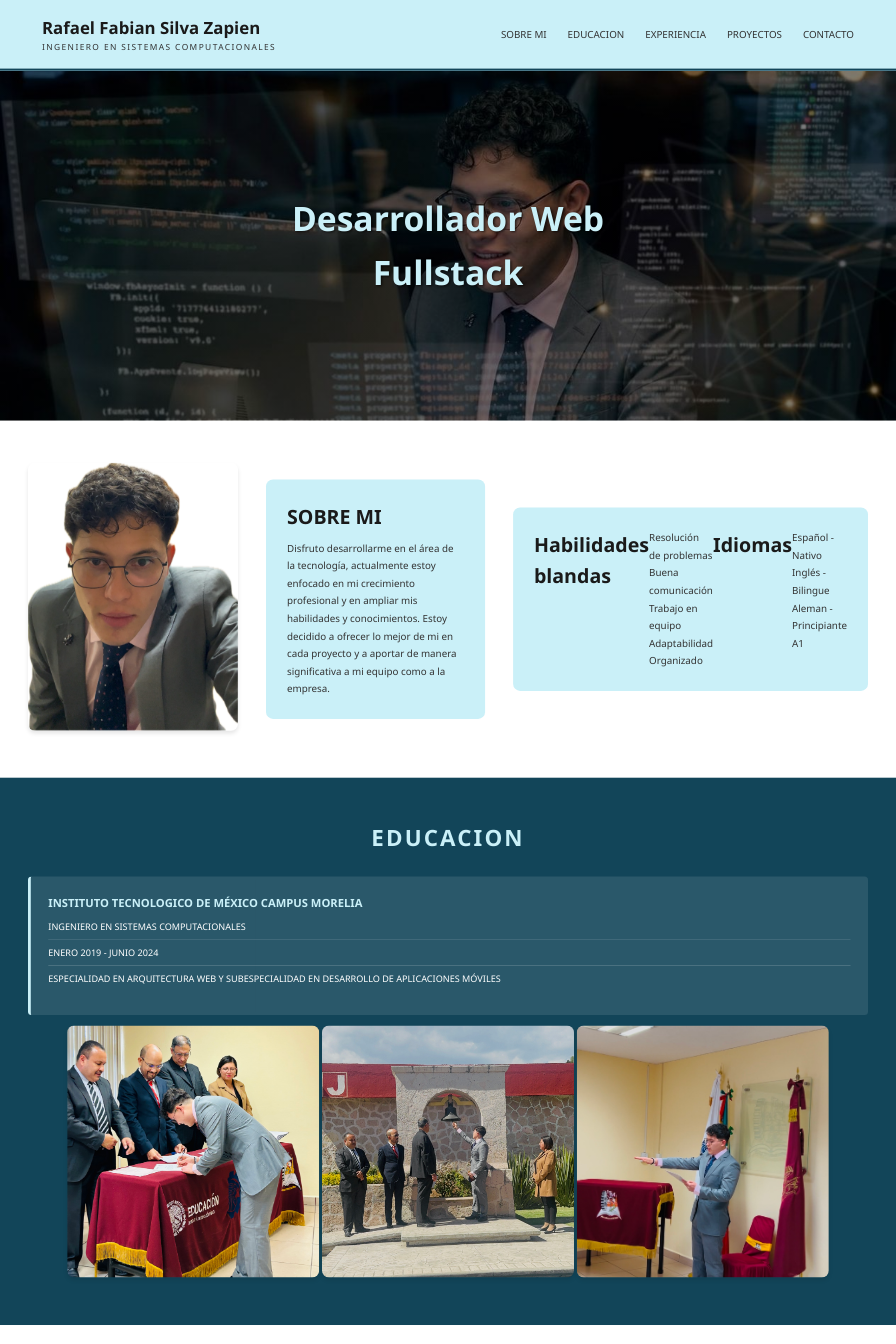
Repository: rafaelsilva2k/mi-portafolio
Page: index.html
An editor plug-in stored every save of this project. The page is shown before and after a run of saves, followed by the edit.
The browser window is 1280 px wide. The pictures show the part of the page from y = 0 to 1920 px (the page is 3313 px tall), at 70% of full size.

Above is the page before, as saved 2026-04-17 13:24:48.

### index.html
<!DOCTYPE html>
<html lang="en">
<head>
    <meta charset="UTF-8">
    <meta name="viewport" content="width=device-width, initial-scale=1.0">
    <title>Rafael Fabian Silva Zapien</title>
    <link rel="stylesheet" href="styles.css">
</head>
<body>
    <!-- HEADER: Nombre, Profesión y Menú de Navegación -->
    <header class="header">
        <div class="header-content">
            <div class="logo-section">
                <h1>Rafael Fabian Silva Zapien</h1>
                <p class="profession">INGENIERO EN SISTEMAS COMPUTACIONALES</p>
            </div>

            <nav class="navbar">
                <ul>
                    <li><a href="#sobre-mi">SOBRE MI</a></li>
                    <li><a href="#educacion">EDUCACION</a></li>
                    <li><a href="#experiencia">EXPERIENCIA</a></li>
                    <li><a href="#proyectos">PROYECTOS</a></li>
                    <li><a href="#contacto">CONTACTO</a></li>
                </ul>
            </nav>
        </div>
    </header>

    <!-- HERO SECTION: Imagen grande con texto "Desarrollador Web Fullstack" -->
     <section class="hero">
        <div class="hero-content">
            <h2>Desarrollador Web<br>Fullstack</h2>
        </div>
     </section>

     <!-- SECCIÓN SOBRE MÍ: Foto + Descripción -->
      <section id="sobre-mi" class="sobre-mi">
        <div class="sobre-mi-container">
            <div class="sobre-mi-foto">
                <img src="images/me.png" alt="Rafael Silva">
            </div>
            <div class="sobre-mi-texto">
                <h2>SOBRE MI</h2>
                <p>Disfruto desarrollarme en el área de la tecnología, actualmente estoy enfocado en mi crecimiento profesional y en ampliar mis habilidades y conocimientos. Estoy decidido a ofrecer lo mejor de mi en cada proyecto y a aportar de manera significativa a mi equipo como a la empresa.</p>
            </div>
            <div class="sobre-mi-texto">
                <div class="sobre-mi-habilidades">
                    <h2>Habilidades blandas</h2>
                    <p> Resolución de problemas <br> Buena comunicación <br> Trabajo en equipo  <br> Adaptabilidad <br> Organizado</p>
                <div>
                <div class="sobre-mi-habilidades">
                    <h2>Idiomas</h2>
                    <p>Español - Nativo <br> Inglés - Bilingue <br> Aleman - Principiante A1</p>
                </div>
            </div>
        </div>
      </section>

      <!--Seccion de Educacion-->
      <section id="educacion" class="educacion">
        <h2>EDUCACION</h2>
        <div class="educacion-content">
            <div class="educacion-item">
                <h4>INSTITUTO TECNOLOGICO DE MÉXICO CAMPUS MORELIA</h4>
                <p>INGENIERO EN SISTEMAS COMPUTACIONALES</p>
                <p>ENERO 2019 - JUNIO 2024</p>
                <p>ESPECIALIDAD EN ARQUITECTURA WEB Y SUBESPECIALIDAD EN DESARROLLO DE APLICACIONES MÓVILES</p>
            </div>
            <div class="education-item">
                <div class="education-photos">
                    <img src="images/FirmaTitulacion.jpeg">
                    <img src="images/campanaTitulacion.jpeg">
                    <img src="images/titulacion.jpeg">
                </div>
            </div>
        </div>
      </section>

      <section id="experiencia" class="experiencia">
        <h2>EXPERIENCIA PROFESIONAL</h2>
            <div class="experiencia-content">
                <div class="experiencia-item">
                    <h3>HARMAN a Samsung Company</h3>
                    <p>Residencias Profesionales HARMAN, Samsung Company Enero - Junio 2024 </p><br>
                    <h5>PROYECTO DE SALIDAS MISCELÁNEAS</h5>
                    <p></p>Se trabajo en el desarrolló de una página web que permitió a la empresa
                    controlar y gestionar los productos salientes. Además, se coordinó el flujo de
                    aprobación entre diversas áreas como comercio exterior, logística y seguridad. <br> <br>
                    <h5>PROYECTO COSTO DE BIENES VENDIDOS (COGS)</h5>
                    Se trabajo en la automatización el cálculo de COGS e implementó un módulo
                    que agiliza la obtención de datos para el reporte de COGS, logrando un análisis
                    más detallado y una representación gráfica eficaz de la información.</p>
                </div>
                <div class="experiencia-item">
                    <h3>FIRA - Fideicomisos Instituidos en Relación con la Agricultura</h3>
                    <p>Desarrollador Fullstack en FIRA, Morelia Julio 2024 - Actualidad <br> <br>
                    • Migración, mejora y mantenimiento de múltiples aplicaciones institucionales,
                    entre ellas: Mesa de Servicios, Reservación de Salas, Seguimientos SIPOT,
                    Solicitudes INAI, Ingresos Retenciones, SIPOT, entre otras.
                    Aplicaciones desarrolladas en CodeIgniter (PHP), JavaScript, HTML y CSS,
                    en las cuales realicé correcciones críticas, optimizaciones de rendimiento y
                    mejoras funcionales.
                    Implementación de consumo de APIs internas de FIRA (Capital Humano)
                    cuando fue requerido.
                    Sustitución de vistas de Capital Humano en base de datos por procesos
                    internos más eficientes.
                    Todas las aplicaciones intervenidas fueron migradas a SQL Server 2019. <br>
                    • Desarrollo de un módulo completo dentro de la aplicación Reservación de
                    Salas para la gestión y reservación de cargadores eléctricos para vehículos del
                    personal interno.<br>
                    • Colaboración en la aplicación Siniestralidad, desarrollada originalmente en
                    ASP, la cual fue migrada a SQL Server 2019 y sometida a una limpieza y
                    depuración general. Posteriormente se detectaron fallas en el funcionamiento y
                    realicé los ajustes necesarios para su correcta operación.<br>
                    • Participación en la migración de la aplicación Firma Electrónica, actualizando
                    la plataforma de Java 1.4 a Java 17, así como la migración de Tomcat y todos
                    los cambios estructurales requeridos para garantizar compatibilidad y
                    estabilidad.<br>
                    • Elaboración de documentación técnica detallada para todos los proyectos,
                    facilitando futuras tareas de mantenimiento, soporte y transferencia de
                    conocimiento dentro del equipo. Apoyo adicional en la preparación de
                    documentación para describir cambio</p>
                </div>
            </div>
      </section>

      <!--Seccion de proyectos-->
      <section id="proyectos" class="proyectos">
        <h2>PROYECTOS</h2>
        <div class="proyectos-content">
            <div class="proyectos-item">
                <h4>Primer proyecto</h4>
                <img src="" alt="Proyecto-1-name">
            </div>
            <div class="proyectos-item">
                <h4> Segundo proyecto</h4>
                <img src="" alt="Proyecto-2-name">
            </div>
            <div class="proyectos-item">
                <h4>Tercer proyecto</h4>
                <img src="" alt="proyecto-3-name">
            </div>
        </div>
      </section>

      <section id="contacto" class="contacto">
        <h2>Contacto</h2>
        <div class="contacto-content">
            <p>Email: rafaelsilva2k256@gmail.com</p>
            <p>LinkedIn: <a href="www.linkedin.com/in/rafael-fabian-silva-zapien-a124ba247">Perfil de Linkedin</a></p>
            <p>GitHub: <a href="#">Tu GitHub</a></p>
        </div>
      </section>

      <!--footer-->
      <footer class="footer">
        <p>&copy; 2024 Rafael Fabian Silva Zapien. Todos los derechos reservados.</p>
      </footer>

      <script src="script.js"></script>
</body>
</html>

### styles.css
/* ============================================
   RESET Y VARIABLES GLOBALES
   ============================================ */

* {
    margin: 0;
    padding: 0;
    box-sizing: border-box;
}

:root {
    --color-primary: #caf0f8;      /* Amarillo */
    --color-secondary: #124559;    /* Dorado/Marrón */
    --color-dark: #1a1a1a;         /* Negro */
    --color-text: #333333;         /* Texto gris oscuro */
    --color-white: #ffffff;        /* Blanco */
}

body {
    font-family: 'Segoe UI', Tahoma, Geneva, Verdana, sans-serif;
    color: var(--color-text);
    line-height: 1.6;
}

/* ============================================
   HEADER - Menú y nombre
   ============================================ */

.header {
    background-color: var(--color-primary);
    padding: 20px 0;
    border-bottom: 3px solid var(--color-secondary);
    position: sticky;
    top: 0;
    z-index: 100;
}

.header-content {
    max-width: 1200px;
    margin: 0 auto;
    padding: 0 20px;

    /* FLEXBOX: Alinea nombre a la izquierda y menú a la derecha */
    display: flex;
    justify-content: space-between;
    align-items: center;
}

.logo-section h1 {
    font-size: 24px;
    font-weight: bold;
    color: var(--color-dark);
}

.profession {
    font-size: 12px;
    color: var(--color-text);
    letter-spacing: 2px;
}

/* NAVEGACIÓN - Menú horizontal */
.navbar ul {
    list-style: none;

    /* FLEXBOX: Alinea los items del menú horizontalmente */
    display: flex;
    gap: 30px;
}

.navbar a {
    text-decoration: none;
    color: var(--color-text);
    font-size: 14px;
    font-weight: 500;
    transition: color 0.3s ease;
}

.navbar a:hover {
    color: var(--color-secondary);
}

/* ============================================
   HERO SECTION - Imagen grande
   ============================================ */

.hero {
    background: linear-gradient(rgba(0, 0, 0, 0.5), rgba(0, 0, 0, 0.5)),
                url('images/iaGeneratedMe.jpeg');
    background-size: cover;
    background-position: center;
    height: 500px;

    /* FLEXBOX: Centra el texto en el hero */
    display: flex;
    align-items: center;
    justify-content: center;
    text-align: center;
}

.hero-content h2 {
    font-size: 48px;
    color: var(--color-primary);
    font-weight: bold;
    text-shadow: 2px 2px 4px rgba(0, 0, 0, 0.7);
}

/* ============================================
   SECCIÓN SOBRE MÍ
   ============================================ */

.sobre-mi {
    padding: 60px 20px;
    background-color: var(--color-white);
}

.sobre-mi-container {
    max-width: 1200px;
    margin: 0 auto;

    /* FLEXBOX: Alinea foto a la izquierda y texto a la derecha */
    display: flex;
    gap: 40px;
    align-items: center;
}

.sobre-mi-foto {
    flex: 0 0 300px;  /* Ancho fijo de 300px */
}

.sobre-mi-foto img {
    width: 100%;
    border-radius: 10px;
    box-shadow: 0 4px 6px rgba(0, 0, 0, 0.1);
}

.sobre-mi-texto {
    flex: 1;  /* Ocupa el espacio restante */
    background-color: var(--color-primary);
    padding: 30px;
    border-radius: 10px;
}

.sobre-mi-texto h2 {
    font-size: 28px;
    margin-bottom: 10px;
    color: var(--color-dark);
}

.sobre-mi-texto h3 {
    font-size: 14px;
    letter-spacing: 2px;
    margin-bottom: 20px;
    color: var(--color-secondary);
}

.sobre-mi-texto p {
    font-size: 14px;
    line-height: 1.8;
    color: var(--color-text);
}

.sobre-mi-habilidades {
    display: flex;
}

/* ============================================
   SECCIÓN EDUCACIÓN
   ============================================ */

.educacion {
    padding: 60px 20px;
    background-color: var(--color-secondary);
    color: var(--color-white);
}

.educacion h2 {
    font-size: 32px;
    margin-bottom: 30px;
    text-align: center;
    color: var(--color-primary);
    letter-spacing: 3px;
}

.educacion-content {
    max-width: 1200px;
    margin: 0 auto;
}

.educacion-item {
    background-color: rgba(255, 255, 255, 0.1);
    padding: 25px;
    margin-bottom: 15px;
    border-left: 4px solid var(--color-primary);
    border-radius: 5px;
}

.educacion-item h4 {
    font-size: 16px;
    margin-bottom: 10px;
    color: var(--color-primary);
}

.educacion-item p {
    font-size: 13px;
    margin-bottom: 8px;
    padding-bottom: 8px;
    border-bottom: 1px solid rgba(255, 255, 255, 0.2);
}

.educacion-item p:last-child {
    border-bottom: none;
}

.education-photos {
    flex: 0 0 300px;  /* Ancho fijo de 300px */
    text-align: center;
}

.education-photos img {
    width: 30%;
    border-radius: 10px;
    box-shadow: 0 4px 6px rgba(0, 0, 0, 0.1);
}

/* ============================================
   SECCIÓN EXPERIENCIA
   ============================================ */

.experiencia {
    padding: 60px 20px;
    background-color: var(--color-white);
}

.experiencia h2 {
    font-size: 32px;
    margin-bottom: 30px;
    text-align: center;
    color: var(--color-secondary);
    letter-spacing: 3px;
}

.experiencia-content {
    max-width: 1200px;
    margin: 0 auto;

    /* FLEXBOX: Coloca los items uno al lado del otro */
    display: flex;
    gap: 30px;
}

.experiencia-item {
    flex: 1;
    background-color: var(--color-primary);
    padding: 25px;
    border-radius: 8px;
    border-left: 4px solid var(--color-secondary);
}

.experiencia-item h4 {
    font-size: 16px;
    margin-bottom: 10px;
    color: var(--color-dark);
}

.experiencia-item p {
    font-size: 13px;
    color: var(--color-text);
}

/* ============================================
   SECCIÓN PROYECTOS
   ============================================ */

.proyectos {
    padding: 60px 20px;
    background-color: var(--color-primary);
}

.proyectos h2 {
    font-size: 32px;
    margin-bottom: 30px;
    text-align: center;
    color: var(--color-secondary);
    letter-spacing: 3px;
}

.proyectos-content {
    max-width: 1200px;
    margin: 0 auto;

    /* FLEXBOX: Coloca las tarjetas en 3 columnas */
    display: flex;
    gap: 25px;
    justify-content: space-between;
}

.proyectos-item {
    flex: 1;
    background-color: var(--color-white);
    padding: 20px;
    border-radius: 8px;
    box-shadow: 0 2px 8px rgba(0, 0, 0, 0.1);
    transition: transform 0.3s ease;
}

.proyectos-item:hover {
    transform: translateY(-5px);
}

.proyectos-item h4 {
    font-size: 16px;
    margin-bottom: 15px;
    color: var(--color-dark);
}

.proyectos-item img {
    width: 100%;
    height: 200px;
    object-fit: cover;
    border-radius: 5px;
    background-color: var(--color-secondary);
}

/* ============================================
   SECCIÓN CONTACTO
   ============================================ */

.contacto {
    padding: 60px 20px;
    background-color: var(--color-secondary);
    color: var(--color-white);
    text-align: center;
}

.contacto h2 {
    font-size: 32px;
    margin-bottom: 30px;
    color: var(--color-primary);
    letter-spacing: 3px;
}

.contacto-content {
    max-width: 600px;
    margin: 0 auto;
    font-size: 14px;
    line-height: 2;
}

.contacto-content a {
    color: var(--color-primary);
    text-decoration: none;
    font-weight: bold;
}

.contacto-content a:hover {
    text-decoration: underline;
}

/* ============================================
   FOOTER
   ============================================ */

.footer {
    background-color: var(--color-dark);
    color: var(--color-white);
    text-align: center;
    padding: 20px;
    font-size: 12px;
}

/* ============================================
   RESPONSIVE - Para dispositivos móviles
   ============================================ */

@media (max-width: 768px) {
    .header-content {
        flex-direction: column;
        gap: 20px;
    }

    .navbar ul {
        gap: 15px;
        font-size: 12px;
    }

    .sobre-mi-container {
        flex-direction: column;
    }

    .sobre-mi-foto {
        flex: 0 0 200px;
    }

    .experiencia-content {
        flex-direction: column;
    }

    .proyectos-content {
        flex-direction: column;
    }

    .hero-content h2 {
        font-size: 32px;
    }
}

Loaded but not shown: script.js (no copy from this time; the picture is the same without it)

After the next 3 saves:
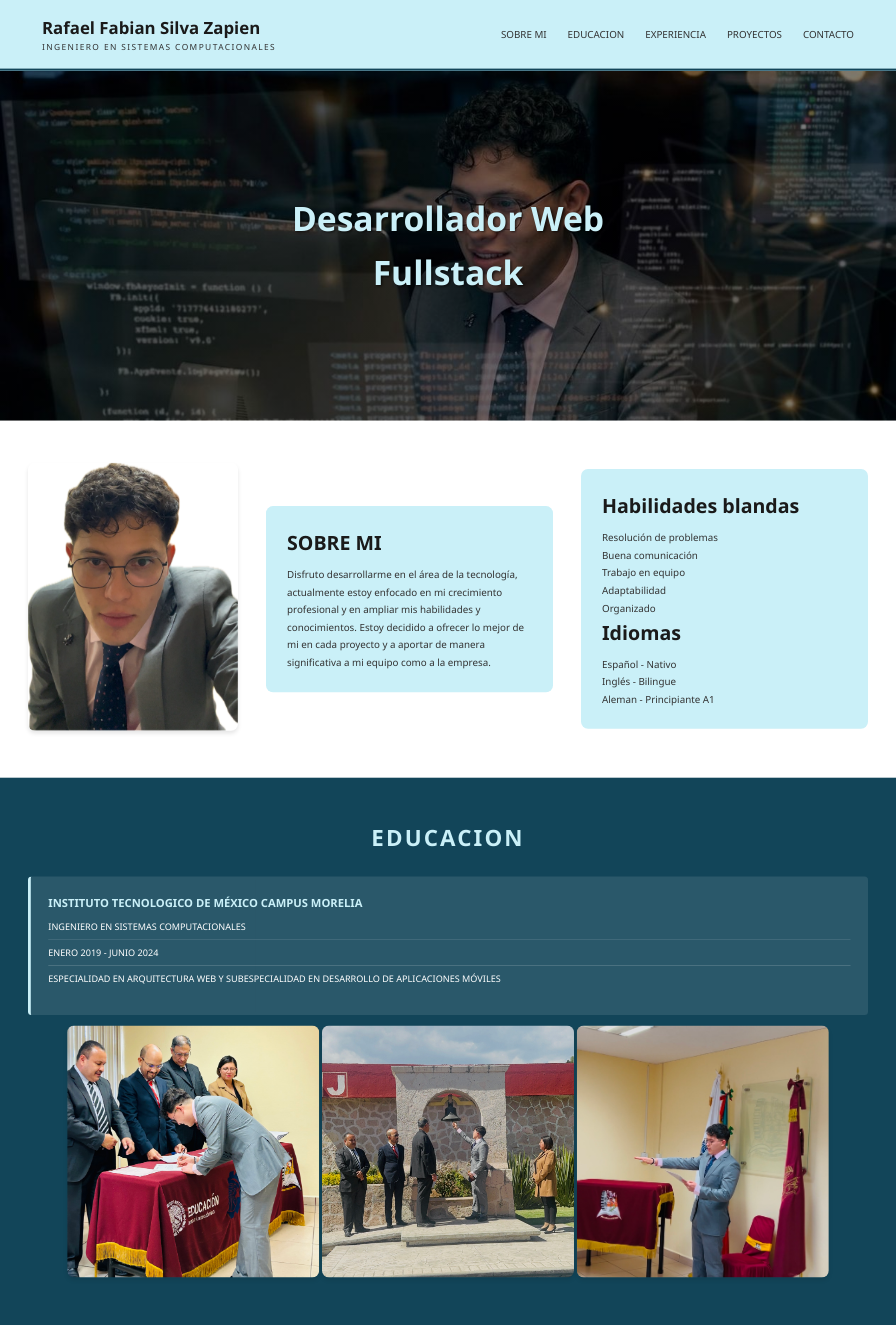
The 3 saves are shown as one change because they came seconds apart.
The last was saved 16 s later.
--- a/styles.css
+++ b/styles.css
@@ -160,7 +160,7 @@
 }
 
 .sobre-mi-habilidades {
-    display: flex;
+    display: flow-root;
 }
 
 /* ============================================

After the 6 saves that followed:
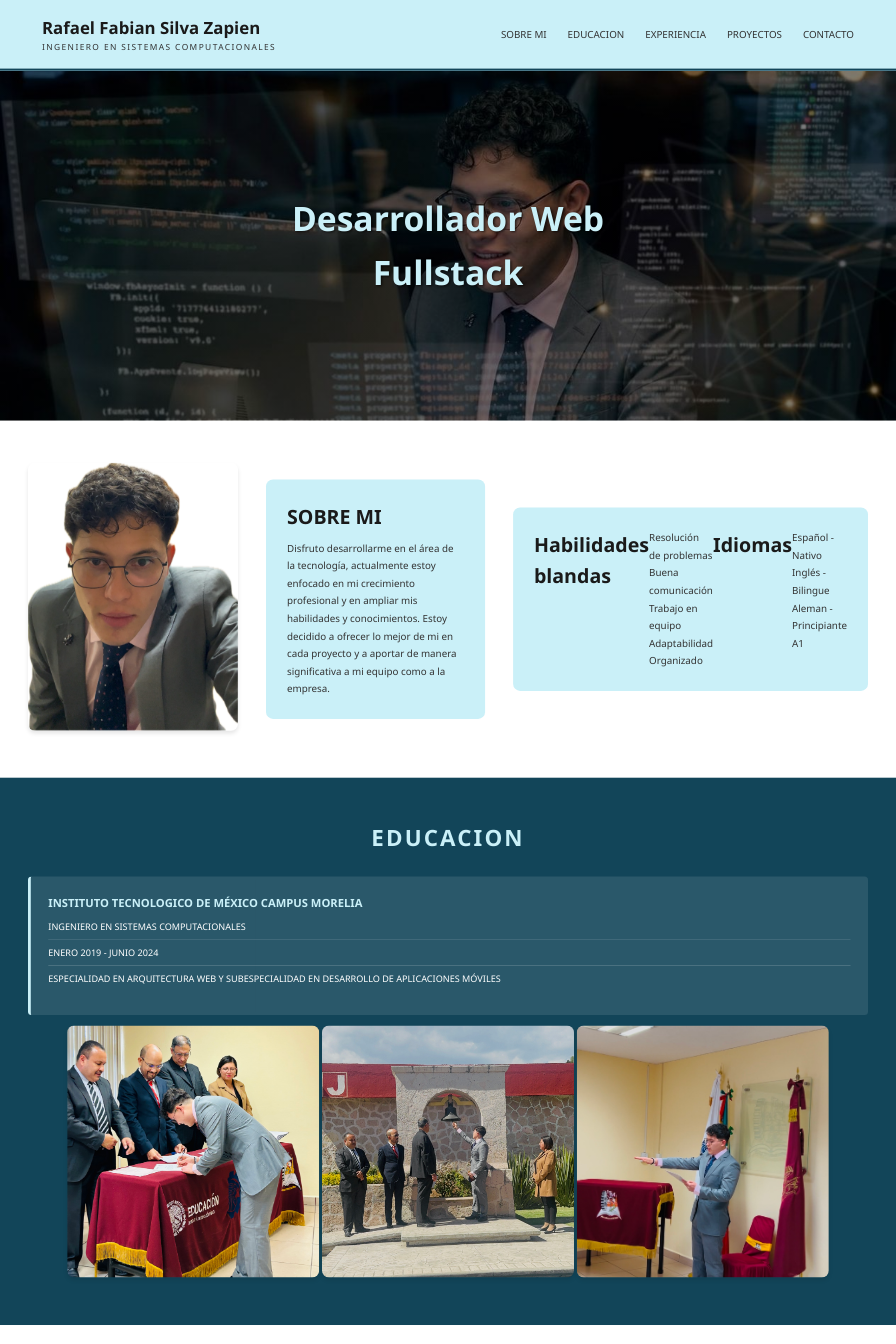
The 6 saves are shown as one change because 2 left the picture as it was and some came seconds apart.
The last was saved 20 s later.
--- a/styles.css
+++ b/styles.css
@@ -160,7 +160,7 @@
 }
 
 .sobre-mi-habilidades {
-    display: flow-root;
+    display: flex;
 }
 
 /* ============================================
